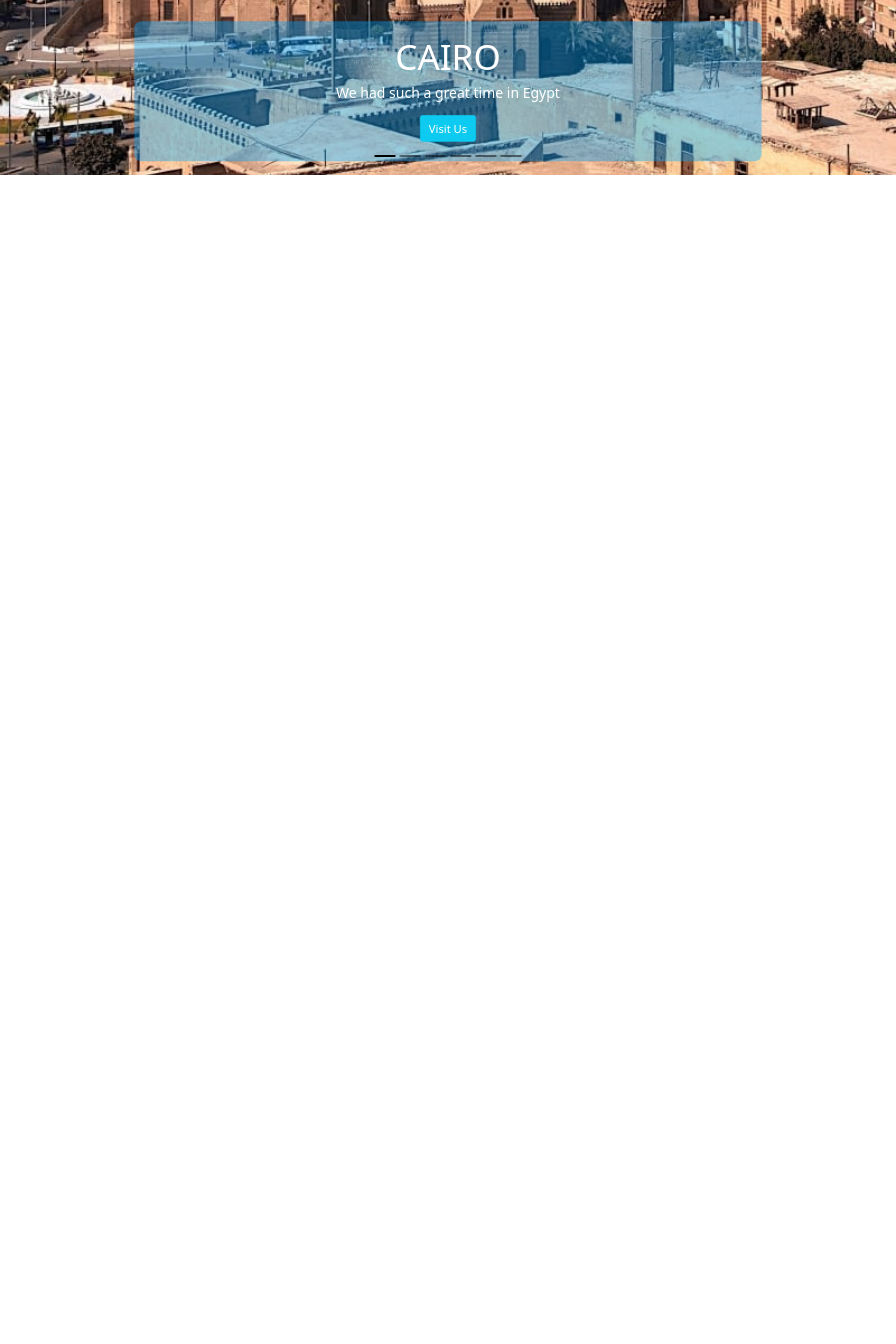
Repository: Ahmed123rezk123/P-temp
Page: index.html
An editor plug-in stored every save of this project. The page is shown before and after the next save, followed by the edit.
The browser window is 1280 px wide. The pictures show the part of the page from y = 579 to 2499 px (the page is 10000 px tall before and 829 px after), at 70% of full size.

Above is the page before, as saved 2024-02-15 13:44:34.

### index.html
<!DOCTYPE html>
<html lang="en">
  <head>
    <meta charset="UTF-8" />
    <meta name="viewport" content="width=device-width, initial-scale=1.0" />
    <title>Document</title>
    <link rel="stylesheet" href="CSS/style.css" />
    <link rel="stylesheet" href="CSS/all.css" />
    <link
      href="https://cdn.jsdelivr.net/npm/bootstrap@5.1.3/dist/css/bootstrap.min.css"
      rel="stylesheet"
      integrity="sha384-1BmE4kWBq78iYhFldvKuhfTAU6auU8tT94WrHftjDbrCEXSU1oBoqyl2QvZ6jIW3"
      crossorigin="anonymous"
    />
  </head>
  <body>
    <nav class="navbar navbar-expand-lg bg-light sticky-top">
      <div class="container-fluid">
        <a class="navbar-brand egypt p-lg-3" href="#">
          <img
            src="images/e2533023876439.5632a45cc17d8.jpg"
            class="img-fluid logo mb-2"
            alt=""
          />
          EGYPT
        </a>
        <button
          class="navbar-toggler"
          type="button"
          data-bs-toggle="collapse"
          data-bs-target="#navbarSupportedContent"
          aria-controls="navbarSupportedContent"
          aria-expanded="false"
          aria-label="Toggle navigation"
        >
          <i class="fas fa-bars"></i>
        </button>
        <div class="collapse navbar-collapse" id="navbarSupportedContent">
          <ul class="navbar-nav me-auto mb-2 mb-lg-0">
            <li class="nav-item">
              <a
                class="nav-link active text-info p-lg-2"
                aria-current="page"
                href="#"
                >Home</a
              >
            </li>
            <li class="nav-item">
              <a class="nav-link text-info p-lg-2" href="#">Link</a>
            </li>
            <li class="nav-item dropdown">
              <a
                class="nav-link dropdown-toggle text-info border rounded border-info border-2 trips p-lg-2"
                href="#"
                id="navbarDropdown"
                role="button"
                data-bs-toggle="dropdown"
                aria-expanded="false"
              >
                Trips
              </a>
              <ul class="dropdown-menu" aria-labelledby="navbarDropdown">
                <li><a class="dropdown-item text-info" href="#">Cairo</a></li>
                <li><a class="dropdown-item text-info" href="#">Alex</a></li>
                <li><hr class="dropdown-divider text-info" /></li>
                <li><a class="dropdown-item text-info" href="#">Aswan</a></li>
                <li><a class="dropdown-item text-info" href="#">Luxor</a></li>
                <li>
                  <a class="dropdown-item text-info" href="#">Sharm Elsaikh</a>
                </li>
                <li>
                  <a class="dropdown-item text-info" href="#">El Glala</a>
                </li>
                <li>
                  <a class="dropdown-item text-info" href="#">More ...</a>
                </li>
              </ul>
            </li>
            <li class="nav-item">
              <a class="nav-link disabled text-info p-lg-2">About</a>
            </li>
          </ul>
          <form class="d-flex">
            <input
              class="form-control border-info me-2"
              type="search"
              placeholder="Search"
              aria-label="Search"
            />
            <button class="btn btn-info me-2 text-light" type="submit">
              Search
            </button>
            <button type="button" class="btn btn-info text-light"  data-bs-toggle="modal" data-bs-target="#exampleModal">
              Login
            </button>

          </form>
        </div>
      </div>
    </nav>
    <!-- start model -->
    <div
    class="modal fade"
    id="exampleModal"
    tabindex="-1"
    aria-labelledby="exampleModalLabel"
    aria-hidden="true"
  >
    <div class="modal-dialog">
      <div class="modal-content">
        <div class="modal-header bg-info">
          <h5 class="modal-title   text-white " id="exampleModalLabel">
            Login
          </h5>
          <button
            type="button"
            class="btn-close bg-light"
            data-bs-dismiss="modal"
            aria-label="Close"
          ></button>
        </div>
        <div class="modal-body text-info">
          <form>
            <div class="mb-3">
              <label for="exampleInputEmail1" class="form-label">Email address</label>
              <input type="email" class="form-control  border border-info" id="exampleInputEmail1" aria-describedby="emailHelp">
              <div id="emailHelp" class="form-text">We'll never share your email with anyone else.</div>
            </div>
            <div class="mb-3">
              <label for="exampleInputPassword1" class="form-label">Password</label>
              <input type="password" class="form-control border border-info" id="exampleInputPassword1">
            </div>
            <div class="form-check form-switch   ">
              <input class="form-check-input bg-info" type="checkbox" role="switch" id="flexSwitchCheckChecked" checked>
              <label class="form-check-label " for="flexSwitchCheckChecked">Remmember me</label>
            </div>
          </form>
        </div>

        <div class="modal-footer">
            <button type="button" class="btn btn-info text-white">Login</button>
          <button type="button" class="btn btn-info text-white"  data-bs-dismiss="modal"  aria-label="Close">
            Close
          </button>

        </div>
      </div>

    </div>
  </div>
  <!-- end model -->
<!--  Section 1-->
<div id="carouselExampleDark" class="carousel carousel-dark slide" data-bs-ride="carousel">
  <div class="carousel-indicators">
    <button type="button" data-bs-target="#carouselExampleDark" data-bs-slide-to="0" class="active" aria-current="true" aria-label="Slide 1"></button>
    <button type="button" data-bs-target="#carouselExampleDark" data-bs-slide-to="1" aria-label="Slide 2"></button>
    <button type="button" data-bs-target="#carouselExampleDark" data-bs-slide-to="2" aria-label="Slide 3"></button>
    <button type="button" data-bs-target="#carouselExampleDark" data-bs-slide-to="3" aria-label="Slide 4"></button>
    <button type="button" data-bs-target="#carouselExampleDark" data-bs-slide-to="4" aria-label="Slide 5"></button>
    <button type="button" data-bs-target="#carouselExampleDark" data-bs-slide-to="5" aria-label="Slide 6"></button>
  </div>
  <div class="carousel-inner">
    <div class="carousel-item active" data-bs-interval="10000">
      <img src="images/cairo.jpg" class="" alt="...">
      <div class="carousel-caption d-none d-md-block content">
        <h1 class="text-white">CAIRO</h1>
        <p class="text-white">We had such a great time in Egypt</p>
        <button type="button" class="btn btn-info text-white">Visit Us</button>
      </div>
    </div>
    <div class="carousel-item" data-bs-interval="2000">
      <img src="images/Alex.jpg" class="" alt="...">
      <div class="carousel-caption d-none d-md-block content">
        <h1 class="text-white">ALEX</h1>
        <p class="text-white">Alex is great</p>
        <button type="button" class="btn btn-info text-white">Visit Us</button>
      </div>
    </div>
    <div class="carousel-item">
      <img src="images/sharm.jpg" class="" alt="...">
      <div class="carousel-caption d-none d-md-block content">
        <h1 class="text-white">Sharm Elshekh</h1>
        <p class="text-white">Sharm is beautiful</p>
        <button type="button" class="btn btn-info text-white">Visit Us</button>
      </div>
    </div>
    <div class="carousel-item">
      <img src="images/glala.jpg" class="" alt="...">
      <div class="carousel-caption d-none d-md-block content">
        <h1 class="text-white">El Glala</h1>
        <p class="text-white">I love El Glala</p>
        <button type="button" class="btn btn-info text-white">Visit Us</button>
      </div>
    </div>
    <div class="carousel-item">
      <img src="images/aswan.jpg" class="" alt="...">
      <div class="carousel-caption d-none d-md-block content">
        <h1 class="text-white">Aswan</h1>
        <p class="text-white">I want Visit Aswan</p>
        <button type="button" class="btn btn-info text-white">Visit Us</button>
      </div>
    </div>
    <div class="carousel-item">
      <img src="images/الأقصر-2.jpg" class="" alt="...">
      <div class="carousel-caption d-none d-md-block content">
        <h1 class="text-white">Luxor</h1>
        <p class="text-white">I love this city</p>
        <button type="button" class="btn btn-info text-white">Visit Us</button>
      </div>
    </div>
  </div>
  <button class="carousel-control-prev" type="button" data-bs-target="#carouselExampleDark" data-bs-slide="prev">
    <span class="carousel-control-prev-icon" aria-hidden="true"></span>
    <span class="visually-hidden">Previous</span>
  </button>
  <button class="carousel-control-next" type="button" data-bs-target="#carouselExampleDark" data-bs-slide="next">
    <span class="carousel-control-next-icon" aria-hidden="true"></span>
    <span class="visually-hidden">Next</span>
  </button>
</div>
  <script
      src="https://cdn.jsdelivr.net/npm/bootstrap@5.1.3/dist/js/bootstrap.bundle.min.js"
      integrity="sha384-ka7Sk0Gln4gmtz2MlQnikT1wXgYsOg+OMhuP+IlRH9sENBO0LRn5q+8nbTov4+1p"
      crossorigin="anonymous"
    ></script>
  </body>
</html>

### CSS/style.css
* {
    margin: 0;
    padding: 0;
    box-sizing: border-box;
}
body {
    height: 10000px;
}

.logo{
    width: 80px;
    height: 80px;
    border-radius: 50%;
    margin: 0 30px;
}
.egypt {
    position: relative;
    font-weight: bold;
    color:#876fb3;
    letter-spacing: 1.5px;
    border-right: 1px solid   gray;
    padding: 10px;

}

.navbar .navbar-toggler {
    border-color: gray;
    color: gray;
    font-size: 18px;
}
/* .navbar .navbar-toggler:focus {
box-shadow: none;

}
  */

  .carousel-inner .content {
    width: 70%;
    height: 200px;
    background-color: rgb(0, 166, 255,.4);
    border-radius: 10px;
  }
  .carousel-inner .content h1 {
    text-transform: uppercase;
    font-size: 50px;
  }
  .carousel-inner .content p {
    font-size: 20px;
  }
  .carousel-inner img {
    width: 100%;
    height: 30%;
}

Loaded but not shown: CSS/all.css (library)

After the next save:
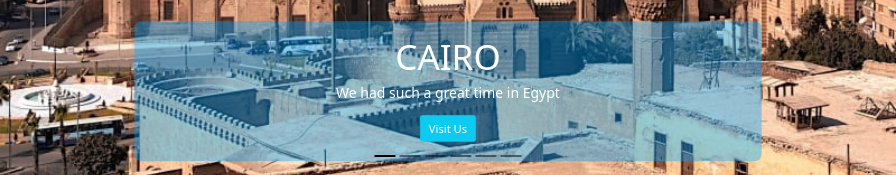
Saved 56 s later.
--- a/CSS/style.css
+++ b/CSS/style.css
@@ -4,7 +4,7 @@
     box-sizing: border-box;
 }
 body {
-    height: 10000px;
+    /* height: 10000px; */
 }
 
 .logo{
